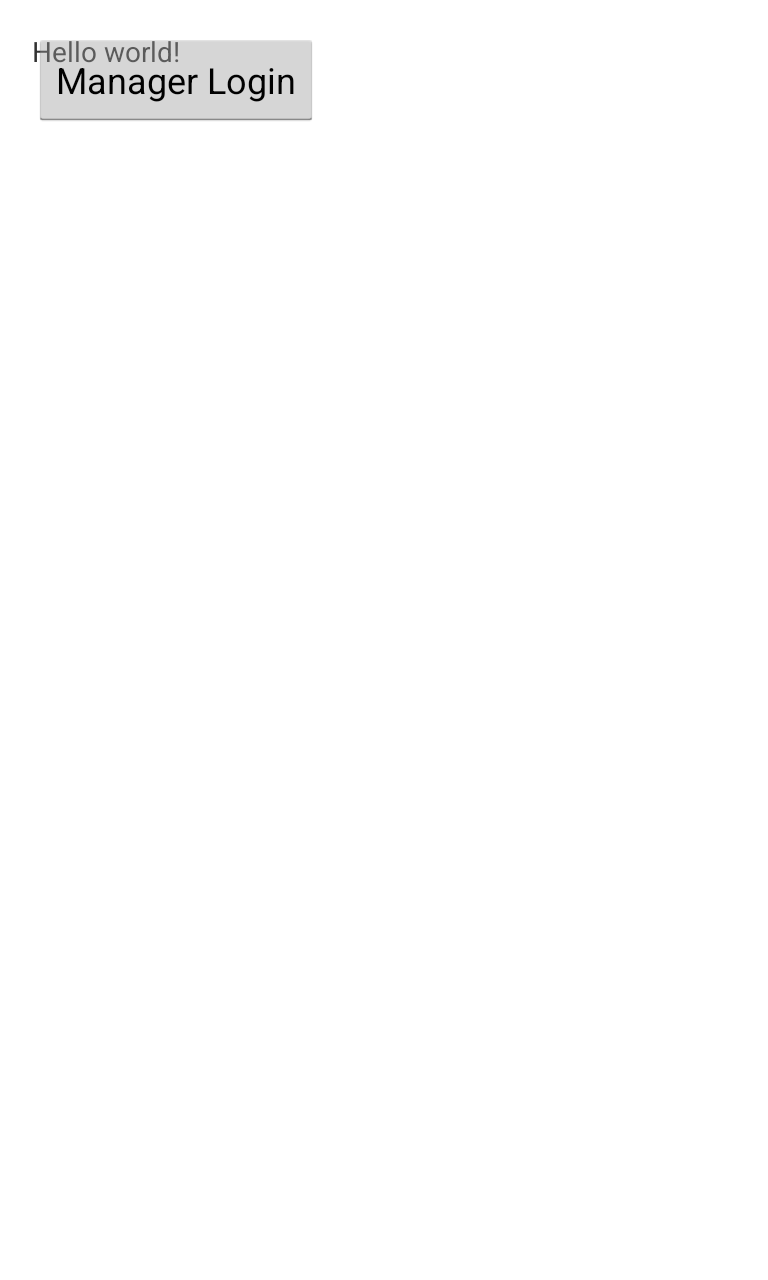
Repository: VroniZinsser/Kurierdienst
Layout: KurierdienstVroni/res/layout/activity_kurierdienst_start.xml
These files come from the project's save history. The layout is drawn as it stood at one moment and after the next save; the edit follows.
It is drawn on a 768 x 1280 px phone screen (xhdpi) without system bars, with theme AppTheme; the app's code is not run.

Above is the layout before, as saved 2014-07-14 16:18:08.

After the next save:
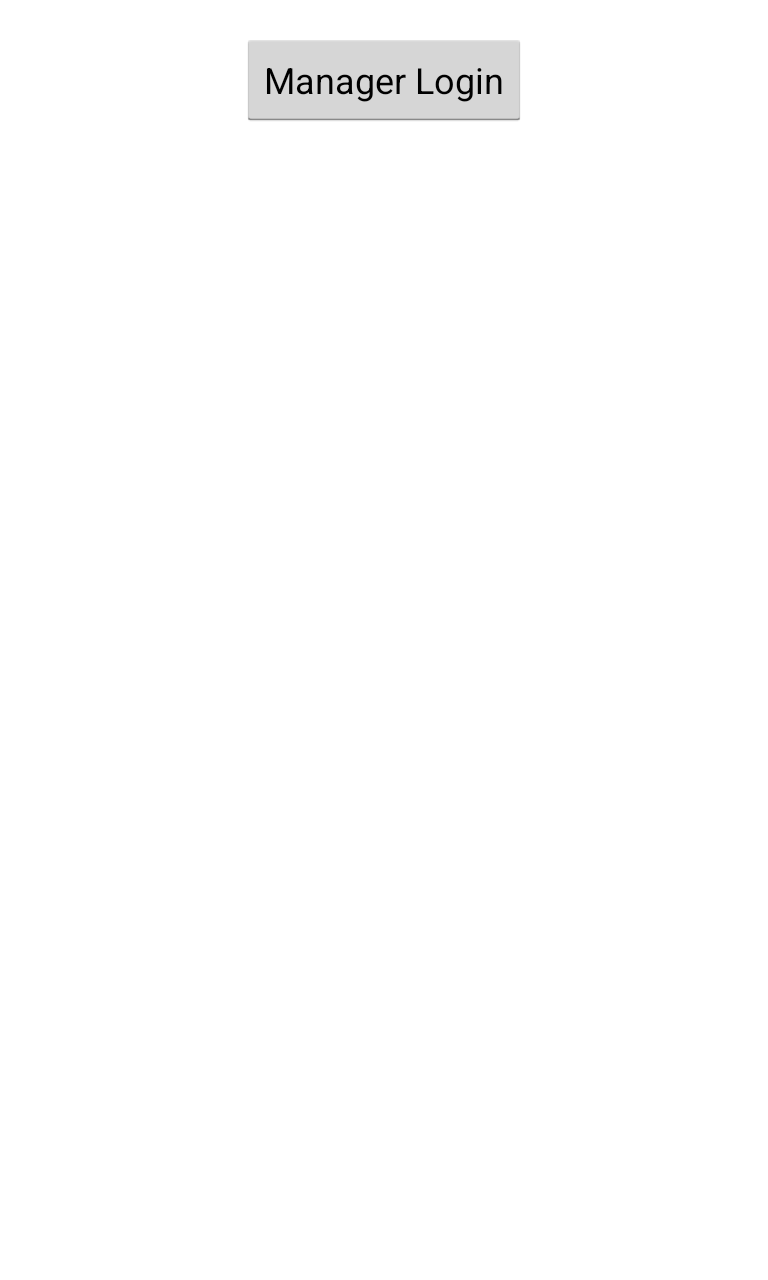
Saved 64 s later.
--- a/KurierdienstVroni/res/layout/activity_kurierdienst_start.xml
+++ b/KurierdienstVroni/res/layout/activity_kurierdienst_start.xml
@@ -8,14 +8,10 @@
     android:paddingTop="@dimen/activity_vertical_margin"
     tools:context=".KurierdienstStart" >
 
-    <TextView
+    <Button
         android:layout_width="wrap_content"
         android:layout_height="wrap_content"
-        android:text="@string/hello_world" />
-
-    <Button
-         android:layout_width="wrap_content"
-        android:layout_height="wrap_content"
+        android:layout_centerHorizontal="true"
         android:text="Manager Login" />
 
 
